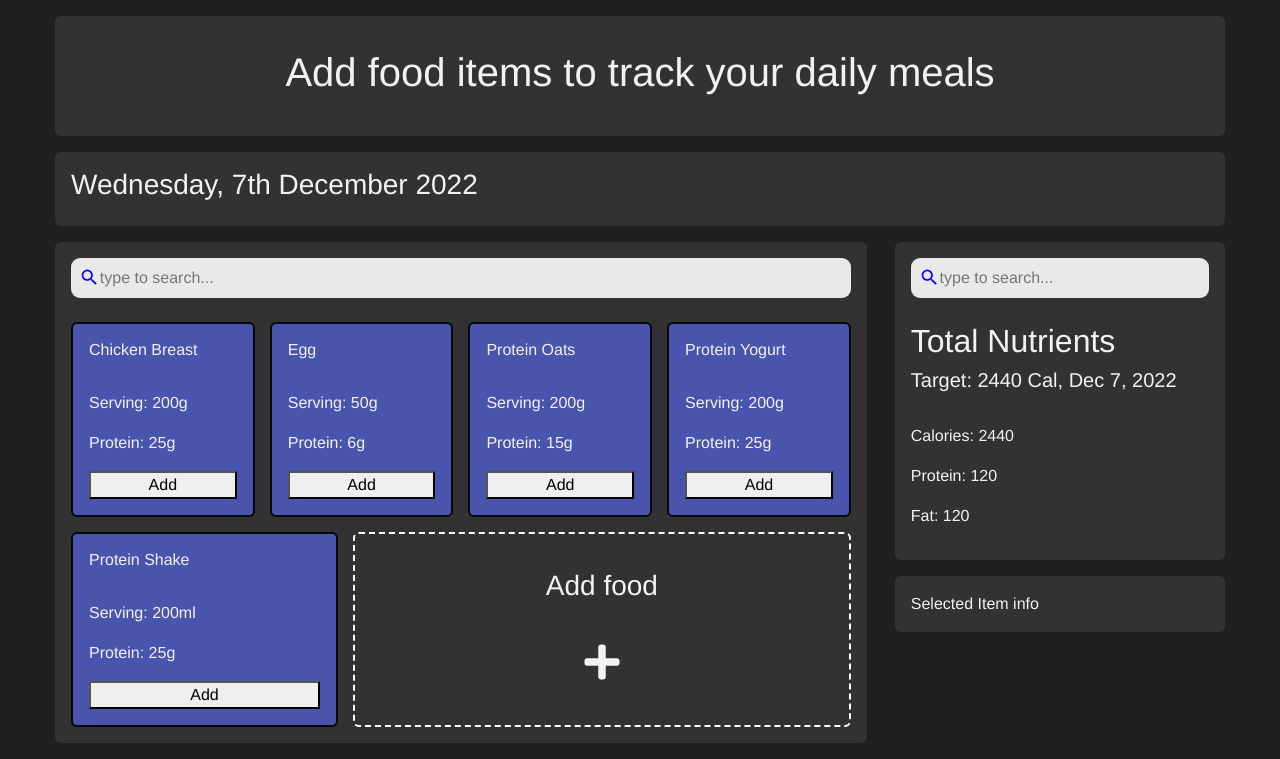
Repository: CEEPREL/NutritionTracker
Page: /
An editor plug-in stored every save of this project. The page is shown before and after a run of saves, followed by the edit.
The browser window is 1280 px wide. The pictures show the whole page.
The project was rebuilt for these pictures with package versions that can differ from the ones it lists, and the page was loaded fresh each time. Also part of the build but not shown: vite.config.js.

Above is the page before, as saved 2022-12-08 19:09:35.

After the next 2 saves:
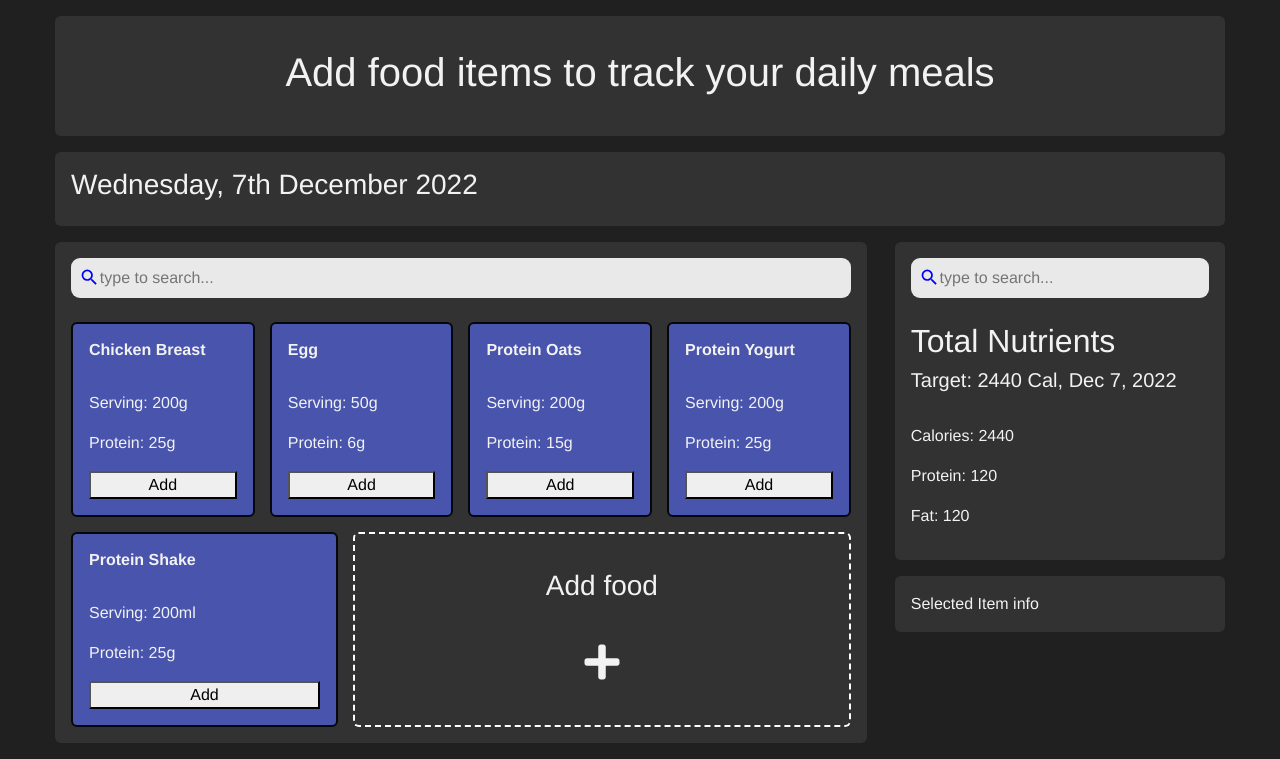
The 2 saves are shown as one change because they came seconds apart.
The last was saved 5 s later.
--- a/src/components/Food.js
+++ b/src/components/Food.js
@@ -4,7 +4,7 @@ const Food = ({ id, name, size, protein, image }) => {
     return (
         <div className="food-card">
 
-            <h6><strong></strong>{name}</h6>
+            <h6><strong>{name}</strong></h6>
             <br></br>
             {/* <img className="small" src={image} alt={name}></img> */}
             <div>
